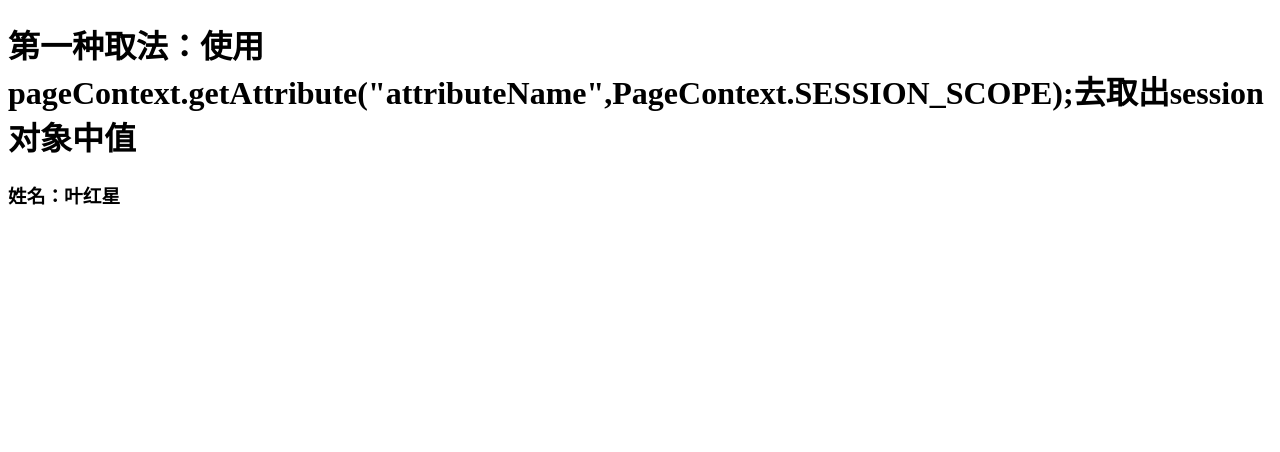
Repository: frankstar007/java
Page: http://localhost/Servlet_Study/PageContextDemo2.jsp
These files come from the project's save history. The page is drawn as it stood at one moment and after the next save; the edit follows.
The browser window is 1280 px wide. The pictures show the whole page.
The page is served by Tomcat 9. Nobody is signed in. The application's start-up code is not run.

Above is the page before, as saved 2016-05-03 01:34:23.

After the next save:
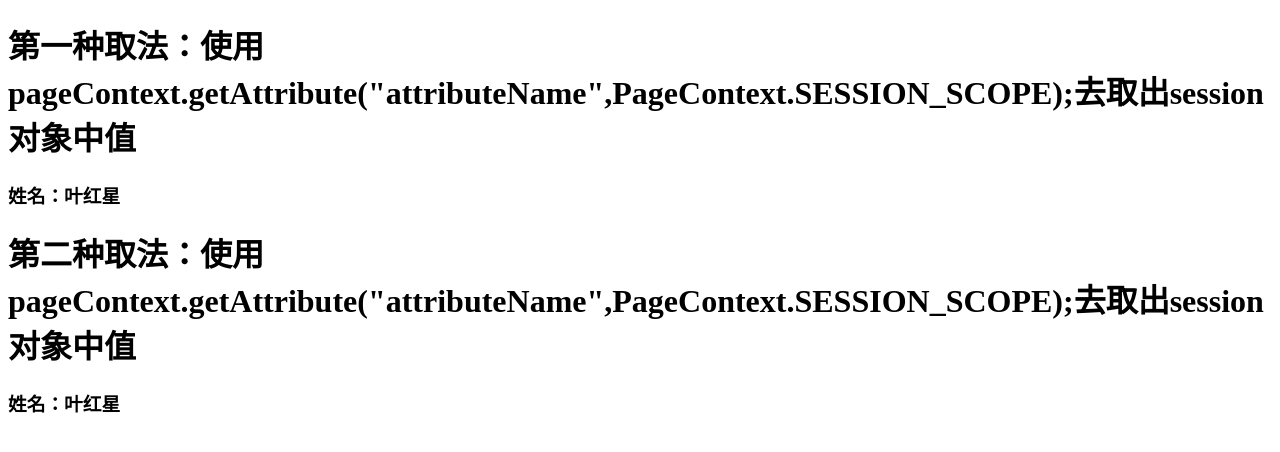
Saved 15 s later.
--- a/Servlet_Study/WebContent/PageContextDemo2.jsp
+++ b/Servlet_Study/WebContent/PageContextDemo2.jsp
@@ -18,5 +18,9 @@
 		第一种取法：使用pageContext.getAttribute("attributeName",PageContext.SESSION_SCOPE);去取出session对象中值
 	</h1>
 	<h3>姓名：<%=name11 %></h3>
+	<h1>
+		第二种取法：使用pageContext.getAttribute("attributeName",PageContext.SESSION_SCOPE);去取出session对象中值
+	</h1>
+	<h3>姓名：<%=name11 %></h3>
 </body>
 </html>
